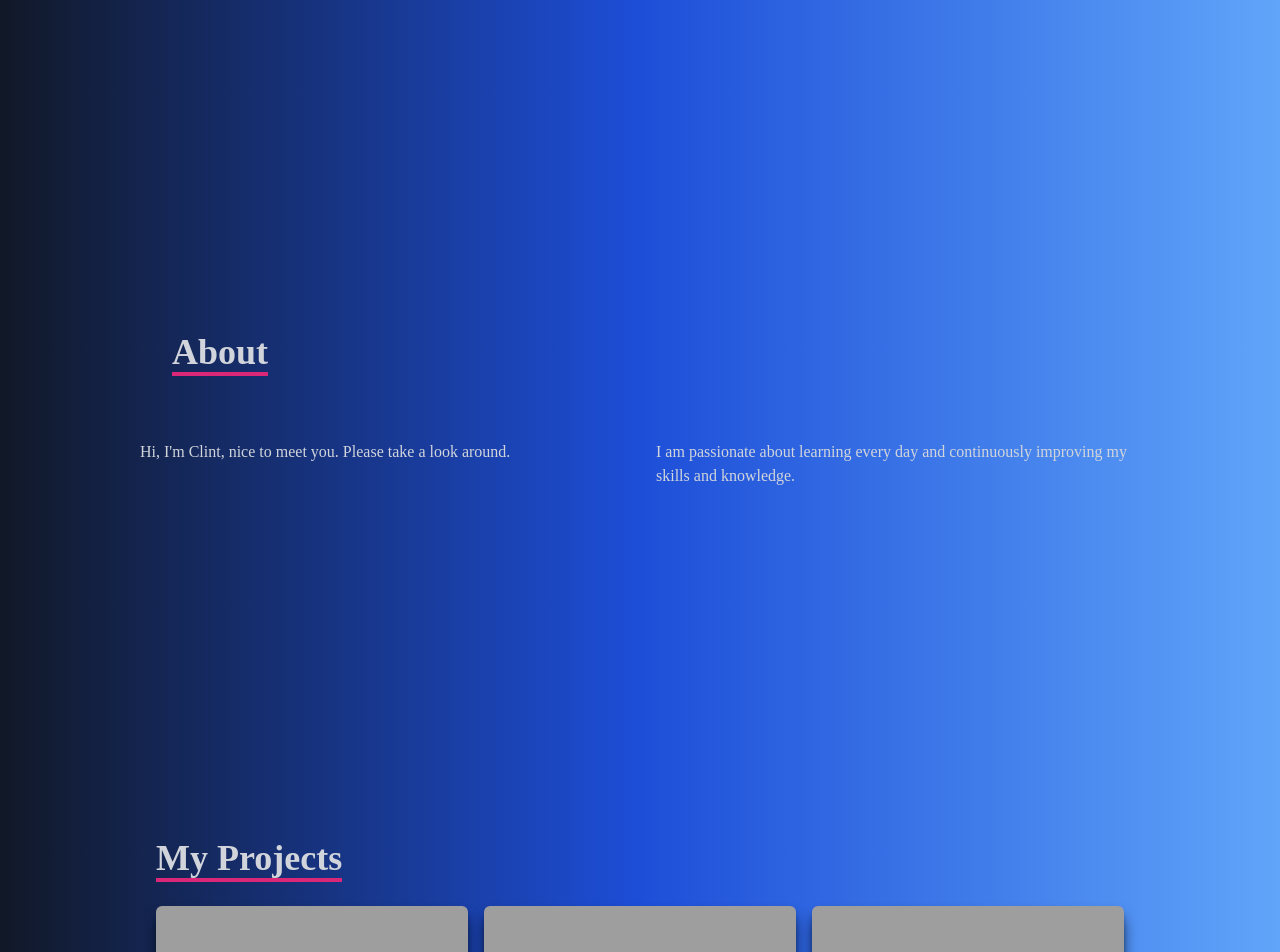
Repository: olichengus/Project-Portfolio
Page: /
The author's editor kept a copy of each file at every save. The page is drawn from the files as they stood at one save, then again after a run of saves.
The browser window is 1280 px wide. The pictures show the part of the page from y = 670 to 1622 px (the page is 2160 px tall).
Pictures or frames that could not be fetched are drawn as grey boxes. The project was rebuilt for these pictures with package versions that can differ from the ones it lists, and the page was loaded fresh each time.

Above is the page before, as saved 2024-02-10 00:27:07.

### src/index.css
@tailwind base;
@tailwind components;
@tailwind utilities;

@import url('https://fonts.googleapis.com/css2?family=Roboto:wght@300;400;500;700&display=swap');

@layer base {
  body {
    @apply font-[Raleway];
  }
  li {
    @apply px-4;
    @apply cursor-pointer;
  }
}


.content-div{
  background-repeat: no-repeat;
  background-size: cover;
  background-position: center;
  height: 250px;
}

.content-div:hover{
  background-image: linear-gradient(
    to right,
    rgba(112,157,255,0.8),
    hsla(242,74%,61%,0.8)
  )!important;
  background-color: rgba(0, 0, 0, 0.5);
  transition: 0.5s;
}

### src/App.js
import Home from './components/Home';
import Navbar from './components/Navbar';
import About from './components/About';
import Work from './components/Work';

function App() {
  return (
    <div>
      <Navbar />
      <Home />
      <About />
      <Work />
    </div>
  );
}

export default App;

### src/components/Home.jsx
import React from 'react'
import {HiArrowNarrowRight} from 'react-icons/hi'

const Home = () => {
  return (
    <div className='w-full h-screen bg-gradient-to-r from-gray-900 via-blue-700 to-blue-400'>
      {/* Container */}
      <div className='max-w-[1000px] mx-auto px-8 flex flex-col justify-center h-full'>
        <p className='text-pink-600 text-2xl'>Hi, my name is</p>
        <h1 className='text-white text-7xl font-bold'>Oliver Cheng</h1>
        <h2 className='text-4xl sm:text-5xl font-bold text-[#8892b0]'> I am a Computer Science student @ UBC</h2>
        <h2 className='text-4xl sm:text-5xl font-bold text-[#8892b0]'> Welcome to my Portfolio!</h2>
        <div className='background-color'>
          <button className = 'text-white border-2 px-6 py-3 my-2 flex items-center hover:bg-pink-600 hover:border-pink-600'>
            My Projects
            <span className='group-hover:rotate-90 duration-300'>
              <HiArrowNarrowRight className='ml-2' />
            </span>
          </button>
        </div>
      </div>

    </div>
  )
}

export default Home

### src/components/navbar.js
import React, {useState} from 'react'
import {
    FaBars,
    FaTimes,
    FaGithub,
    FaLinkedin
  } from 'react-icons/fa';
import { HiOutlineMail } from 'react-icons/hi';
import BsFillPersonFill from 'react-icons/bs';

const Navbar = () => {
    const [nav, setNav] = useState(false)
    const handleClick = () => setNav(!nav)
  return (
    <div className='fixed w-full h-[80px] flex justify-between items-center px-4 bg-[#0a192f] text-gray-300'>
    {/* menu */}
        <div className='hidden md:flex'>
            <ul className='hidden md:flex'>
                <li>Home</li>
                <li>About</li>
                <li>Experience</li>
                <li>Projects</li>
                <li>Contact</li>


            </ul>
        </div>

        <div onClick={handleClick} className='md:hidden z-10'>
            {/* if false set it to bars else set it to x logo*/}
            {!nav ? <FaBars /> : <FaTimes />}
        </div>


        {/* Moble menu */}
        <ul className={!nav ? "hidden": 'absolute top-0 left-0 w-full h-screen bg-[#0a192f] flex flex-col justify center items-center'}>
                <li className='py-6 text-4xl'>Home</li>
                <li className='py-6 text-4xl'>About</li>
                <li className='py-6 text-4xl'>Experience</li>
                <li className='py-6 text-4xl'>Projects</li>
                <li className='py-6 text-4xl'>Contact</li>

        </ul>
        {/* Social Icons */}
        <div className='flex fixed flex-col top-[35%] left-0;'>
        </div>
    </div>


  )
}

export default Navbar

### src/components/About.jsx
import React from 'react';

const About = () => {
    return (
        <div name='about' className='w-full h-screen bg-gradient-to-r from-gray-900 via-blue-700 to-blue-400 text-gray-300'>
            <div className='flex flex-col justify-center items-center w-full h-full'>
                <div className='max-w-[1000px] w-full px-4 justify-center items-center'>
                    <div className='md:text-left sm:text-right pb-8 pl-4'>
                        <p className='text-4xl font-bold inline border-b-4 border-pink-600 hover:text-white'>About</p>
                    </div>

                </div>
                <div className='mt-9 max-w-[1000px] w-full grid grid-cols-2 gap-8'>
                    <div>
                        <p>Hi, I'm Clint, nice to meet you. Please take a look around.</p>
                    </div>
                    <div>
                        I am passionate about learning every day and continuously improving my skills and knowledge.
                    </div>
                </div>
            </div>
        </div>
    )
}

export default About;

### src/components/Work.jsx
import React from 'react';
import Background from '../assets/background.jpeg';

const Work = () => {
    return (
        <div className='w-full md:h-screen text-gray-300 bg-gradient-to-r from-gray-900 via-blue-700 to-blue-400'>
            <div className='max-w-[1000px] mx-auto p-4 flex flex-col justify-center w-full h-full'>
                <div>
                    <p className='text-4xl font-bold inline border-b-4 text-gray-300 border-pink-600'>My Projects</p>
                </div>

            {/* Container */}

                <div className='grid sm:grid-cols-2 md:grid-cols-3 gap-4 mt-7'>

            {/* Grid Item */}
                    <div style = {{backgroundImage: `url(${Background})`}}
                    className='shadow-lg shadow-[#040c16] group container rounded-md flex justify-center items-center mx-auto content-div'>

                        {/* Hover Effects */}
                        <div className='opacity-0 group-hover:opacity-100'>
                            <span className='text-2xl font-bold text-white tracking-wider'>
                                UBC Elective Finder
                            </span>
                            <div className='pt-8 text-center'>
                                {/* <a href ="/">
                                    <button className='text-center rounded-lg px-4 py-3 m-2 bg-white text-gray-700 font-bold text-lg'>Demo</button>
                                </a> */}
                                <a href = "https://github.com/olichengus/UBC-Elective-Finder">
                                    <button className='text-center rounded-lg px-5 py-3 m-2 bg-white text-gray-700 font-bold text-lg'>View</button>
                                </a>
                            </div>
                        </div>
                    </div>

                    <div style = {{backgroundImage: `url(${Background})`}}
                    className='shadow-lg shadow-[#040c16] group container rounded-md flex justify-center items-center mx-auto content-div'>

                        {/* Hover Effects */}
                        <div className='opacity-0 group-hover:opacity-100'>
                            <span className='text-2xl font-bold text-white tracking-wider'>
                                Telomeres Website
                            </span>
                            <div className='pt-8 text-center'>
                                {/* <a href ="/">
                                    <button className='text-center rounded-lg px-4 py-3 m-2 bg-white text-gray-700 font-bold text-lg'>Demo</button>
                                </a> */}
                                <a href = "https://github.com/olichengus/TelomeresWebsite">
                                    <button className='text-center rounded-lg px-5 py-3 m-2 bg-white text-gray-700 font-bold text-lg'>View</button>
                                </a>
                            </div>
                        </div>
                    </div>

                    <div style = {{backgroundImage: `url(${Background})`}}
                    className='shadow-lg shadow-[#040c16] group container rounded-md flex justify-center items-center mx-auto content-div'>

                        {/* Hover Effects */}
                        <div className='opacity-0 group-hover:opacity-100'>
                            <span className='text-2xl font-bold text-white tracking-wider'>
                                Wishlist Application
                            </span>
                            <div className='pt-8 text-center'>
                                {/* <a href ="https://github.com/olichengus/WishList">
                                    <button className='text-center rounded-lg px-4 py-3 m-2 bg-white text-gray-700 font-bold text-lg'>Demo</button>
                                </a> */}
                                <a href = "https://github.com/olichengus/WishList">
                                    <button className='text-center rounded-lg px-5 py-3 m-2 bg-white text-gray-700 font-bold text-lg'>View</button>
                                </a>
                            </div>
                        </div>
                    </div>

                    <div style = {{backgroundImage: `url(${Background})`}}
                    className='shadow-lg shadow-[#040c16] group container rounded-md flex justify-center items-center mx-auto content-div'>

                        {/* Hover Effects */}
                        <div className='opacity-0 group-hover:opacity-100'>
                            <span className='text-2xl font-bold text-white tracking-wider'>
                                PythonRoads
                            </span>
                            <div className='pt-8 text-center'>
                                {/* <a href ="/">
                                    <button className='text-center rounded-lg px-4 py-3 m-2 bg-white text-gray-700 font-bold text-lg'>Demo</button>
                                </a> */}
                                <a href = "https://github.com/olichengus/PythonRoads">
                                    <button className='text-center rounded-lg px-5 py-3 m-2 bg-white text-gray-700 font-bold text-lg'>View</button>
                                </a>
                            </div>
                        </div>
                    </div>

                </div>



            </div>
        </div>
    );
};

export default Work;

### tailwind.config.js
/** @type {import('tailwindcss').Config} */
module.exports = {
  content: ["./src/**/*.{html,jsx}"],
  theme: {
    extend: {},
  },
  plugins: [],
}

Loaded but not shown: public/index.html (common file); src/index.js (common file)

After the next 2 saves:
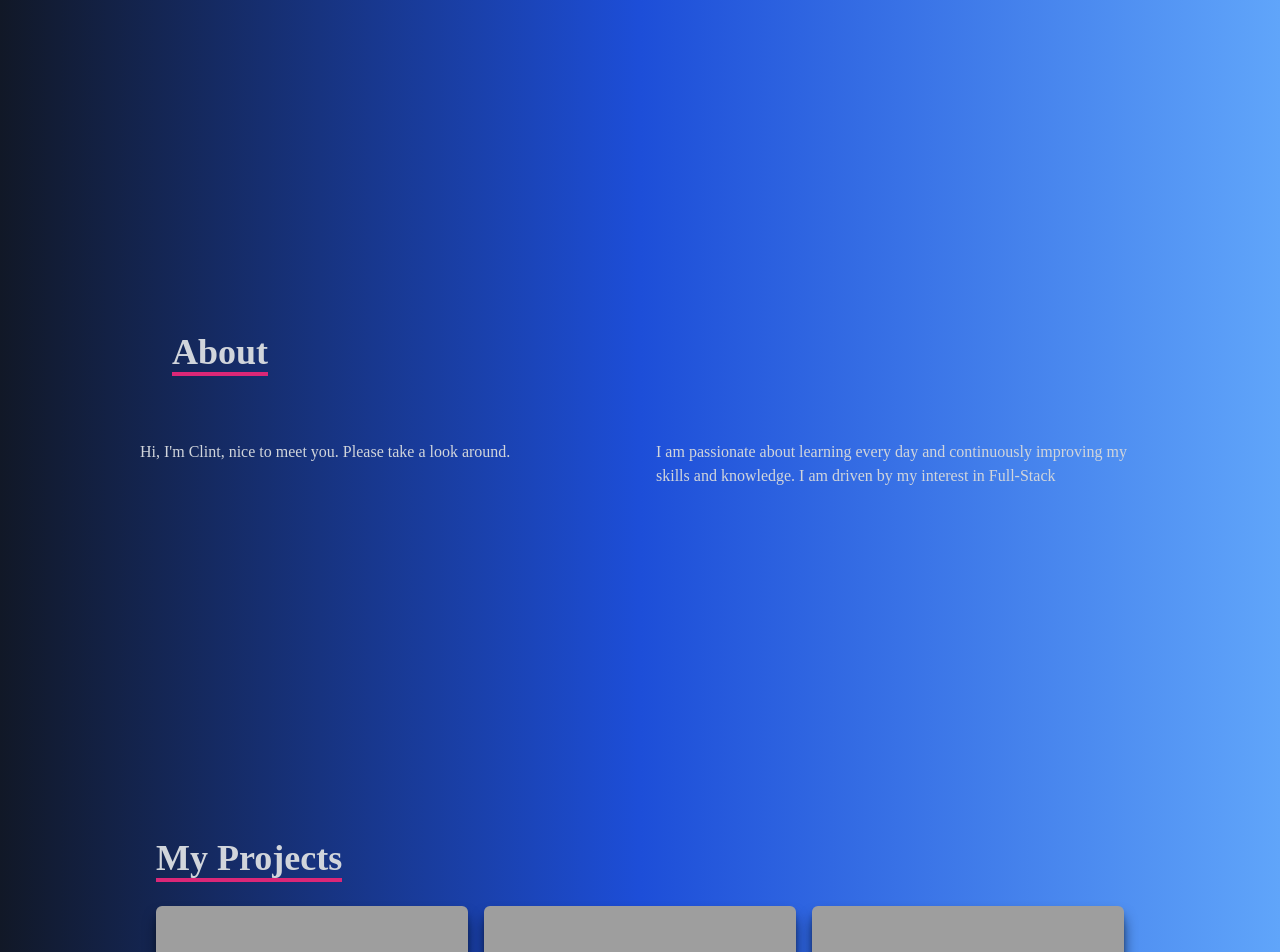
The 2 saves are shown as one change because they came seconds apart.
The last was saved 32 s later.
--- a/src/components/About.jsx
+++ b/src/components/About.jsx
@@ -15,7 +15,7 @@ const About = () => {
                         <p>Hi, I'm Clint, nice to meet you. Please take a look around.</p>
                     </div>
                     <div>
-                        I am passionate about learning every day and continuously improving my skills and knowledge.
+                        I am passionate about learning every day and continuously improving my skills and knowledge. I am driven by my interest in Full-Stack
                     </div>
                 </div>
             </div>
